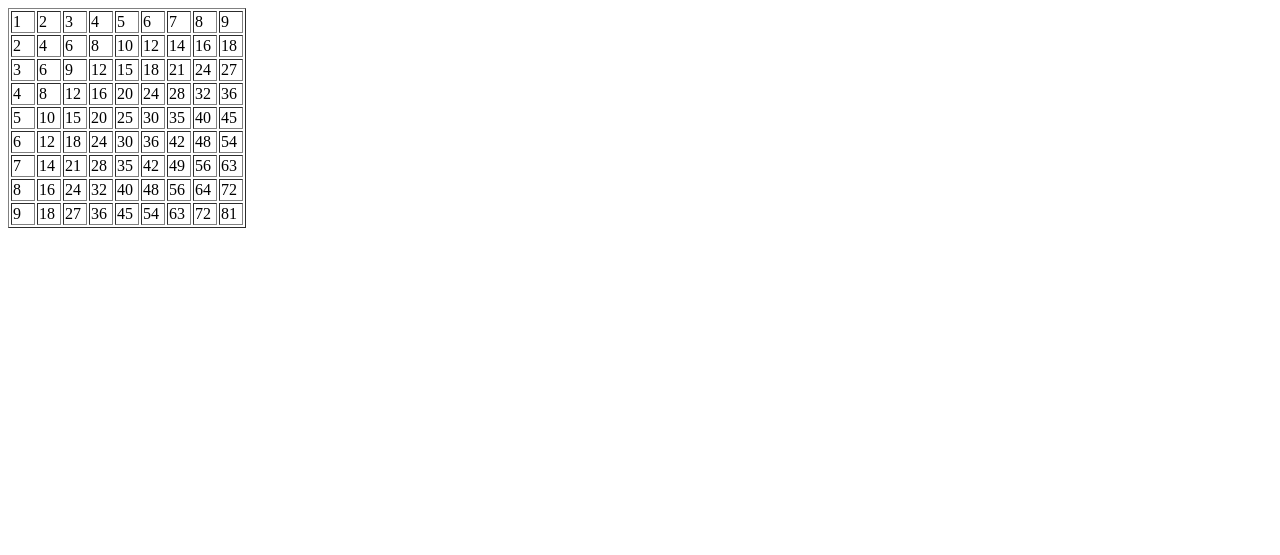
Repository: cshm225/jsplesson
Page: http://localhost/Fortune/nine.jsp
The author's editor kept a copy of each file at every save. The page is drawn from the files as they stood at one save, then again after the next save.
The browser window is 1280 px wide. The pictures show the whole page.
The page is served by Tomcat 9. Other server files are loaded and not shown.

Above is the page before, as saved 2022-05-23 05:02:10.

### Fortune/WebContent/nine.jsp
<%@ page language="java" contentType="text/html; charset=UTF-8"
	pageEncoding="UTF-8"%>
<!DOCTYPE html>
<html>
<head>
<meta charset="UTF-8">
<title>Insert title here</title>
</head>
<body>
	<table border="1">
		<%
		for (int i = 1; i < 10; i++) {
		%>
		<tr>
			<%
			for (int j = 1; j < 10; j++) {
			%>
			<td width=20px>
				<%
				out.print(i * j);
				%>
			</td>
			<%
			}
			%>
		</tr>
		<%
		}
		%>
	</table>
</body>
</html>

After the next save:
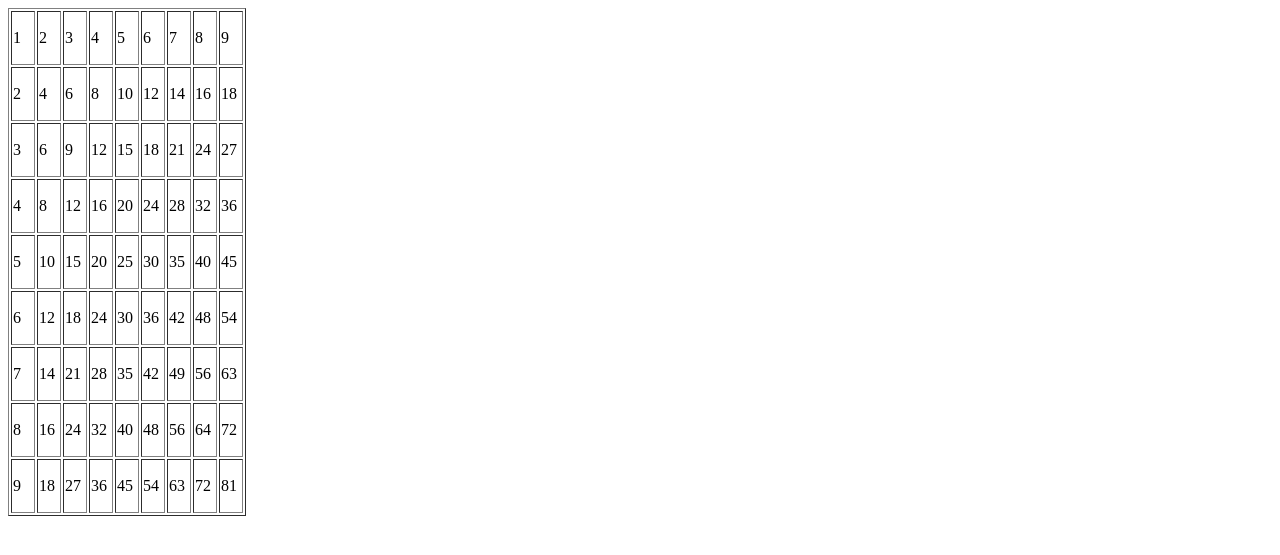
Saved 63 s later.
--- a/Fortune/WebContent/nine.jsp
+++ b/Fortune/WebContent/nine.jsp
@@ -16,9 +16,9 @@
 			for (int j = 1; j < 10; j++) {
 			%>
 			<td width=20px>
-				<%
+				<p text-align=center><%
 				out.print(i * j);
-				%>
+				%></p>
 			</td>
 			<%
 			}
